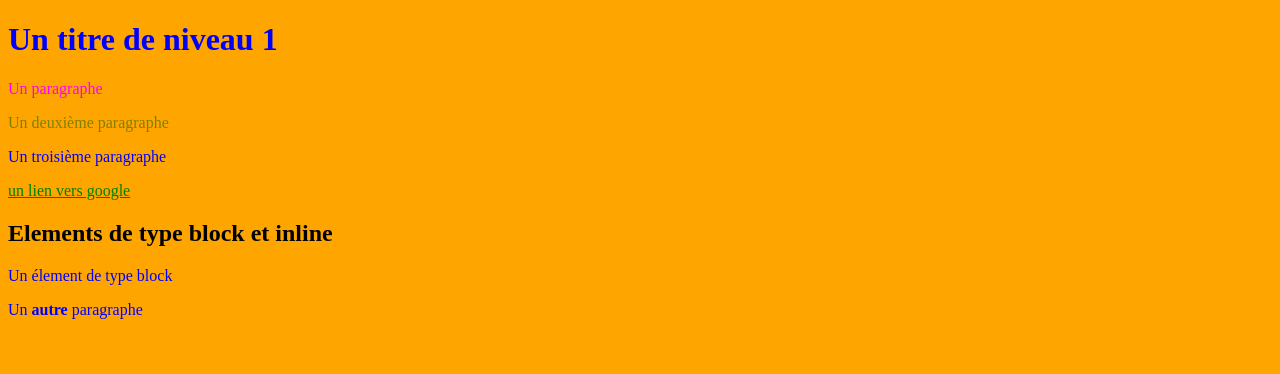
Repository: serviceshuios/Git-Aix-Web
Page: bases-html-css/WebContent/index.html
These files come from the project's save history. The page is drawn as it stood at one moment and after the next save; the edit follows.
The browser window is 1280 px wide. The pictures show the whole page.

Above is the page before, as saved 2018-10-22 14:32:40.

After the next save:
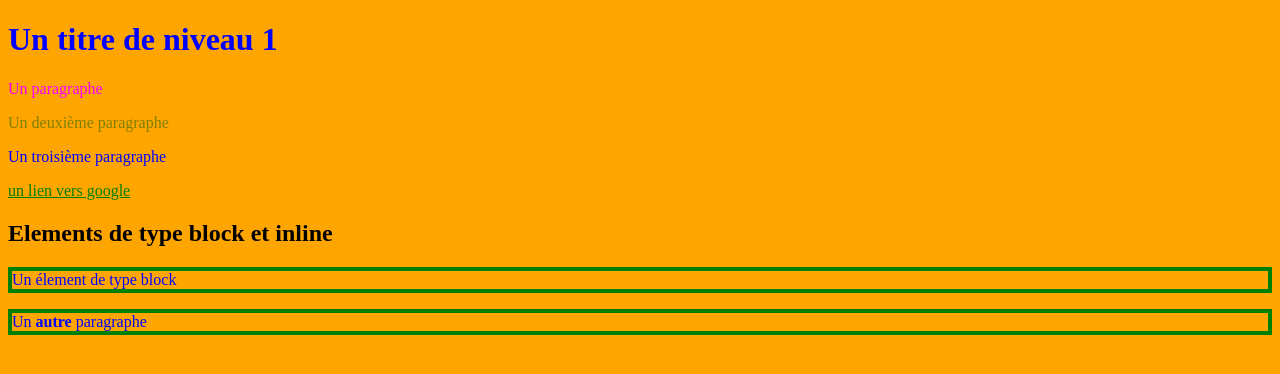
Saved 104 s later.
--- a/bases-html-css/WebContent/css/style.css
+++ b/bases-html-css/WebContent/css/style.css
@@ -21,3 +21,6 @@ a {
 .maClasse{
 	color:olive;
 }
+.bord {
+	border: 4px solid green;
+	}
